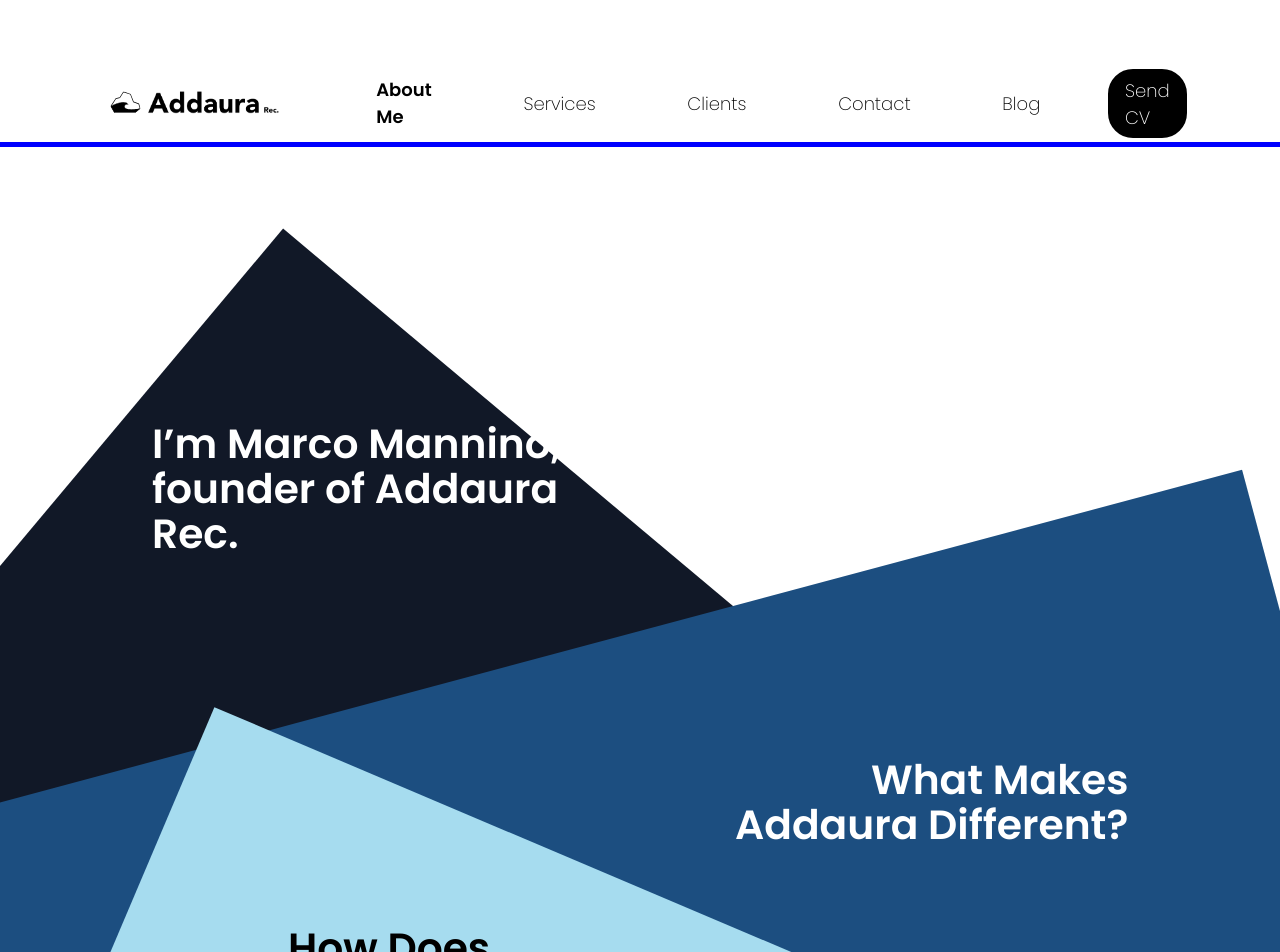
Repository: UnatPannu/Addaura-Trial
Page: public/about-me.html
The author's editor kept a copy of each file at every save. The page is drawn from the files as they stood at one save, then again after the next save.
The browser window is 1280 px wide. The pictures show the part of the page from y = 0 to 952 px (the page is 2773 px tall before and 2708 px after).

Above is the page before, as saved 2025-09-06 14:51:34.
Console error: TypeError: Cannot read properties of null (reading 'addEventListener')

After the next save:
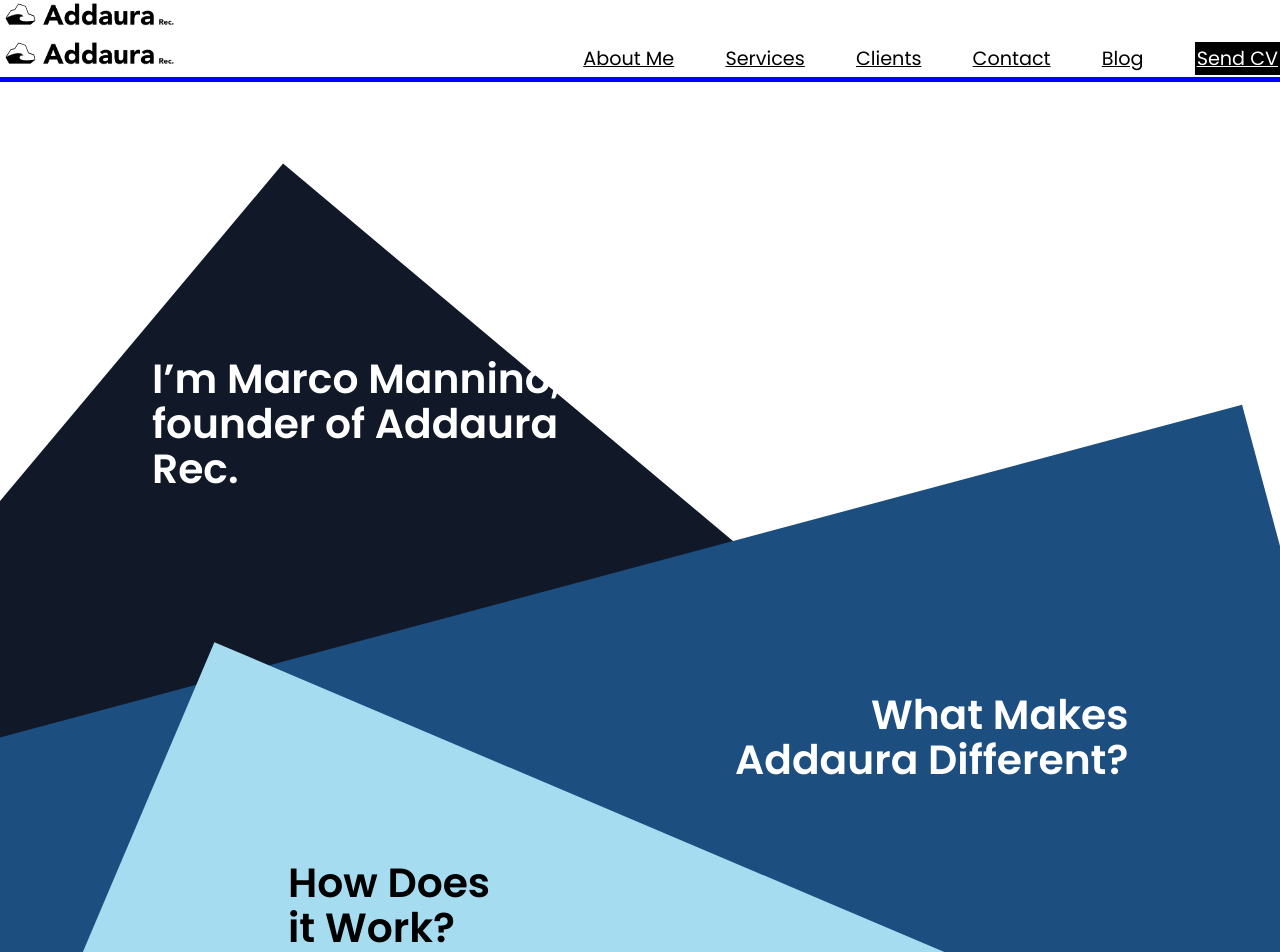
Saved 75 s later.
--- a/public/about-me.html
+++ b/public/about-me.html
@@ -12,7 +12,7 @@
 </head>
 <body>
         <header>
-        <nav class="navbar light-navbar" role="navigation" aria-label="Main navigation">
+        <nav class="light-navbar" role="navigation" aria-label="Main navigation">
              <a href="index.html" class="mobile-logo">
             <img src="assets/Addaura-logo/logo-black.svg" alt="Addaura Logo" />
         </a>

After the 3 saves that followed:
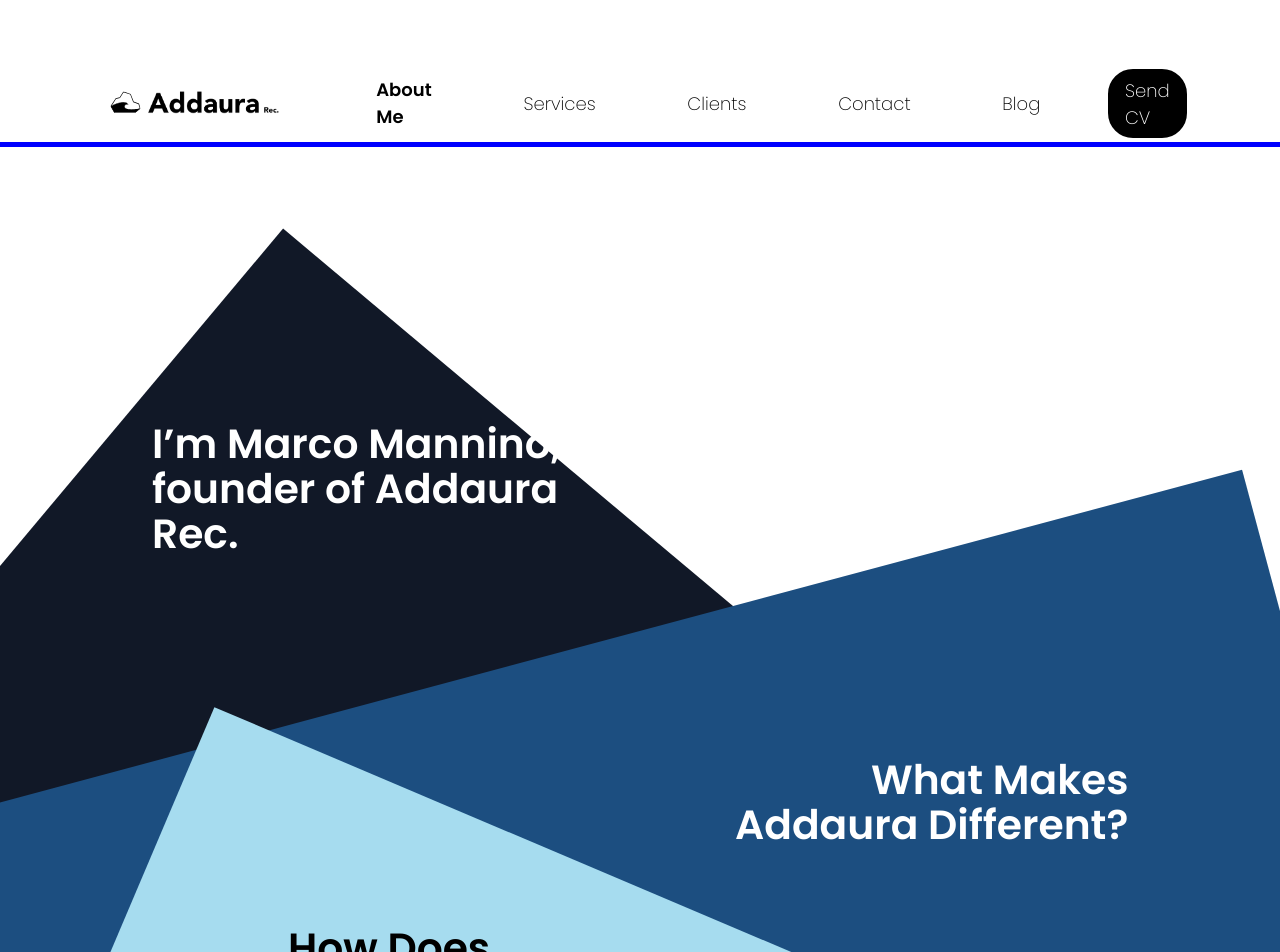
The 3 saves are shown as one change because 2 left the picture as it was.
The last was saved 33 s later.
--- a/public/about-me.html
+++ b/public/about-me.html
@@ -12,7 +12,7 @@
 </head>
 <body>
         <header>
-        <nav class="light-navbar" role="navigation" aria-label="Main navigation">
+        <nav class="navbar light-navbar" role="navigation" aria-label="Main navigation">
              <a href="index.html" class="mobile-logo">
             <img src="assets/Addaura-logo/logo-black.svg" alt="Addaura Logo" />
         </a>
